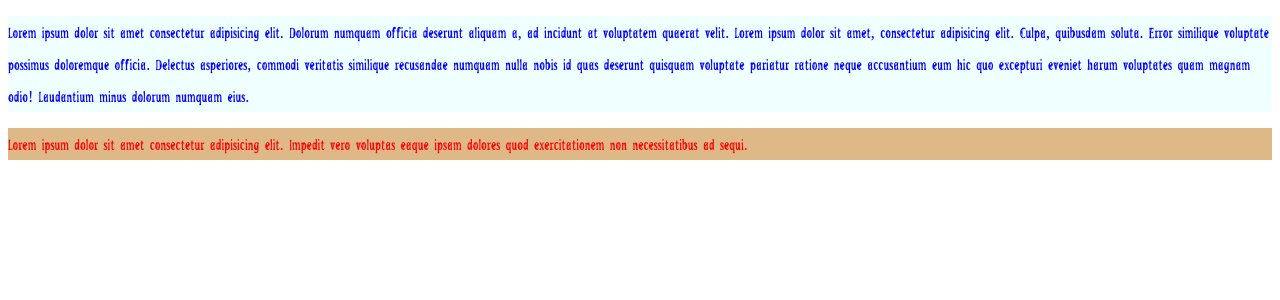
Repository: shazib2023/wtwdt-8
Page: index.html
The author's editor kept a copy of each file at every save. The page is drawn from the files as they stood at one save, then again after a run of saves.
The browser window is 1280 px wide. The pictures show the whole page.

Above is the page before, as saved 2023-10-30 15:13:38.

After the next 2 saves:
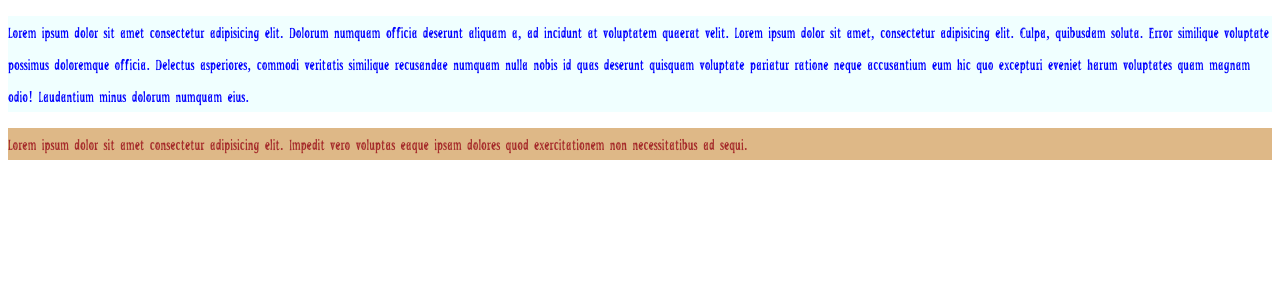
The 2 saves are shown as one change because they came seconds apart.
The last was saved 17 s later.
--- a/css/style.css
+++ b/css/style.css
@@ -9,5 +9,5 @@ p{
 
 #para1{
     background-color: burlywood;
-    color: red;
+    color: brown;
 }
